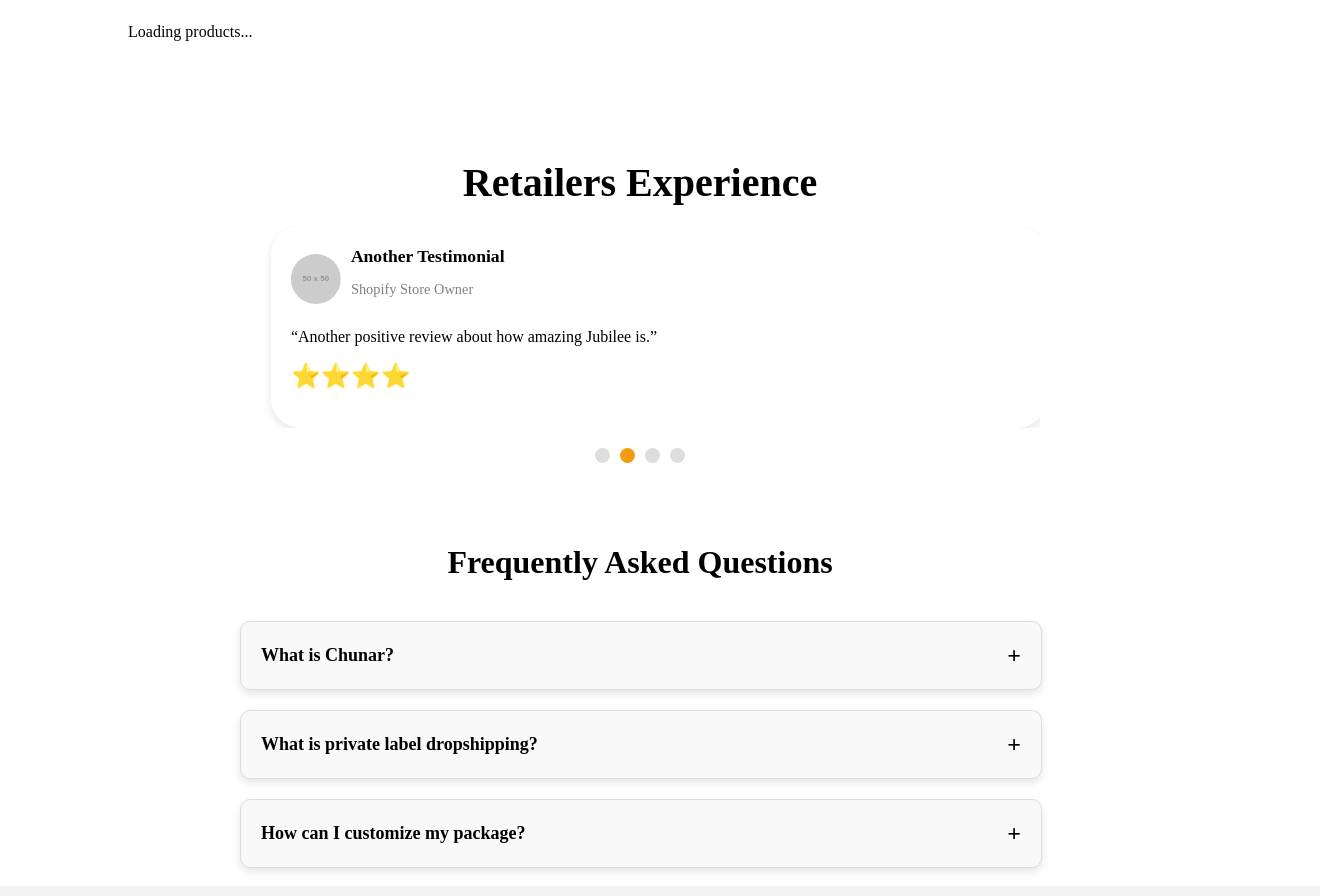
Repository: Nn-Exe/chunar-ecommerce
Page: / (app in ecommerce-frontend/)
The author's editor kept a copy of each file at every save. The page is drawn from the files as they stood at one save, then again after the next save.
The browser window is 1280 px wide. The page is 1320 px wide, so the pictures cover 1320 px, including what lies to the right of the window. The pictures show the part of the page from y = 938 to 1834 px (the page is 2001 px tall before and 2129 px after).
The page's requests for data from a server got no answer. The project was rebuilt for these pictures with package versions that can differ from the ones it lists, and the page was loaded fresh each time. No one was signed in, and anything a server would have sent is missing.

Above is the page before, as saved 2024-09-11 18:03:12.

### ecommerce-frontend/src/App.js
import React, { useState, useEffect } from 'react';
import './App.css';
import { BrowserRouter as Router, Route, Routes } from 'react-router-dom';  // Importing React Router
import Navbar from './components/Navbar';  // Correct way to import default export
import HeroSection from './components/HeroSection';  // Correct way to import default export
import ProductList from './components/ProductList';  // Correct way to import default export
import Faq from './components/Faq';  // Import the Faq component from the components folder
import TestimonialCarousel from './components/TestimonialCarousel';


// Home page component (the default view)
function Home({ products }) {
  return (
    <div className="home-page">
      {/* Hero Section */}
      <div className="hero-container">
        <HeroSection />
      </div>

      {/* Featured Products Section */}
      <section className="products-section">
        <div className="section-header">
          <h2>Featured Products</h2>
        </div>

        <div className="product-grid">
          <ProductList products={products} />
        </div>
      </section>

      <br />

      {/* FAQ Section */}

      <TestimonialCarousel />
      <Faq />  {/* Using the imported Faq component */}

      {/* Add more sections here */}

      <br />

      <section className="about-section">
        <div className="about-content">
          <h3>About Us</h3>
          <p>Learn more about our company and our mission.</p>
        </div>
      </section>
    </div>
  );
}

// Other page components
function Live() {
  return <h2>Live Page</h2>;
}

function Contacts() {
  return <h2>Contacts Page</h2>;
}

function SocialMedia() {
  // External link can be opened using an anchor tag, so no need for a separate page.
  window.location.href = "https://linktr.ee/chunar.co";  // Redirect to external social media page
  return null;
}

function App() {
  const [products, setProducts] = useState([]);

  useEffect(() => {
    fetch('http://localhost:5000/api/products')
      .then((response) => response.json())
      .then((data) => setProducts(data))
      .catch((error) => console.error('Error fetching products:', error));
  }, []);

  return (
    <Router>
      <div className="App">
        <header className="App-header">
          <h1>Chunar.Co</h1>
          <Navbar />
        </header>

        <Routes>
          {/* Home page route */}
          <Route path="/" element={<Home products={products} />} />

          {/* Other pages */}
          <Route path="/live" element={<Live />} />
          <Route path="/contacts" element={<Contacts />} />

          {/* Redirect to external social media link */}
          <Route path="/social-media" element={<SocialMedia />} />
        </Routes>
      </div>
    </Router>
  );
}

export default App;

### ecommerce-frontend/src/App.css
/* Global for entire app */

* {
  font-family: 'Times New Roman', Times, serif;
}


/* ------------- Main Structure ------------ */

.App-header {
  background-color: #333;
  color: white;
  padding: 20px;
  text-align: center;
}

nav ul {
  list-style-type: none;
  padding: 0;
  margin: 0;
  display: flex;
  justify-content: center;
  gap: 20px;
}

nav ul li a {
  color: white;
  text-decoration: none;
  font-size: 16px;
}

.hero {
  position: relative;
  text-align: center;
}

.hero-banner {
  width: 100%;
  height: 700px;
  object-fit: cover;
}

.hero-text {
  position: absolute;
  top: 50%;
  left: 50%;
  transform: translate(-50%, -50%);
  color: white;
  font-size: 24px;
  font-weight: bold;
}

.products {
  padding: 40px;
  text-align: center;
}

.product-list {
  display: grid;
  grid-template-columns: repeat(5, 1fr);
  gap: 20px;
}

.product-card {
  border: 1px solid #ddd;
  padding: 20px;
  text-align: center;
  transition: transform 0.3s;
  border-radius: 20px;
}

.product-card img {
  max-width: 100%;
  height: auto;
  margin-bottom: 10px;
}

.product-card:hover {
  transform: scale(1.05);
}


.product-card img {
  width: 200px;
  height: 200px;
  object-fit: cover;   /* Ensures the image covers the given area */
  border-radius: 10px; /* Optional: adds rounded corners */
}



/* ----------- Home Div -------------- */

/* App.css */

.home-page {
  display: flex;
  flex-direction: column;
  align-items: center;
}

/* Hero Section */
.hero-container {
  width: 100%;
  margin-bottom: 20px;
}

/* Products Section */
.products-section {
  width: 80%;
  margin: 0 auto;
}

.section-header h2 {
  text-align: center;
  font-size: 2rem;
  margin-bottom: 20px;
}

/* About Section */
.about-section {
  background-color: #f4f4f4;
  padding: 40px;
  width: 100%;
  text-align: center;
}

.about-section h3 {
  margin-bottom: 10px;
}

.about-section p {
  font-size: 1.1rem;
}


/* ----------- FAQ Section ---------------- */


/* Center the FAQ section */
.faq-section {
  max-width: 800px; /* Set a larger max-width for the entire FAQ section */
  width: 100%;      /* Ensure it takes up 100% of the available width */
  margin: 0 auto;   /* Center the FAQ section on the page */
  text-align: center;
}

/* Style the header separately */
.faq-section h2 {
  font-size: 32px;
  margin-bottom: 40px;
}

/* Grid layout for the FAQ items (excluding the header) */
.faq-items {
  display: grid;
  grid-template-columns: 1fr; /* One column layout */
  gap: 20px; /* Space between the FAQ items */
}

/* Style each FAQ item */
.faq-item {
  border: 1px solid #ddd;
  border-radius: 10px;
  width: 100%; /* Make the FAQ item take up 100% of the container */
  background-color: #f9f9f9;
  box-shadow: 0 4px 8px rgba(0, 0, 0, 0.1);
  transition: transform 0.5s ease-in-out, background-color 330ms ease-in-out, box-shadow 330ms ease-in-out;
  overflow: hidden; /* Ensure content is hidden initially */
}

/* Box hover effect */
.faq-item:hover {
  box-shadow: 0 6px 12px rgba(0, 0, 0, 0.1);
  background-color: #f1f1f1;
}

/* Active FAQ item */
.faq-item.active {
  background-color: #ececec;
}

/* Style the FAQ question (clickable area) */
.faq-question {
  padding: 20px;
  cursor: pointer;
  display: flex;
  justify-content: space-between;
  align-items: center;
  font-weight: bold;
  font-size: 18px;
  width: 100%; /* Full width for the question area */
  box-sizing: border-box;
}

/* Style the FAQ answer */
.faq-answer {
  padding: 0 20px;
  overflow: hidden;
  max-height: 0;
  opacity: 0;
  transition: max-height 0.5s ease, opacity 0.5s ease;
  width: 100%; /* Full width for the answer area */
  box-sizing: border-box;
}

/* When the FAQ item is active, show the answer with a smooth transition */
.faq-item.active .faq-answer {
  max-height: 500px;
  opacity: 1;
  padding-bottom: 20px;
}

/* Style the icon for toggling */
.icon {
  font-size: 24px;
  font-weight: bold;
  transition: transform 0.3s ease;
}

.faq-item.active .icon {
  transform: rotate(45deg);
}

/* -----------  TestimonialCarousel ------------- */


/* Style for the testimonial section */
.testimonial-section {
  text-align: center;
  max-width: 800px;
  margin: 0 auto;
  padding: 50px 0;
}

.testimonial-section h2 {
  font-size: 2.5rem;
  margin-bottom: 20px;
}

/* Carousel container */
.carousel {
  display: flex;
  overflow: hidden;
  max-width: 100%; /* Ensure full width */
  margin: 0 auto;
}

.carousel-inner {
  display: flex;
  transition: transform 0.5s ease-in-out;
  width: calc(200% * 2); /* Width for two testimonials per slide */
}

/* Each card wrapper for two cards per slide */
.testimonial-card-wrapper {
  display: flex;
  flex: 0 0 50%; /* Each card takes 50% of the slide width */
  box-sizing: border-box;
  padding: 0 10px;
}

/* Testimonial card styling */
.testimonial-card {
  background-color: #fff;
  padding: 20px;
  border-radius: 30px;
  box-shadow: 0 4px 10px rgba(0, 0, 0, 0.1);
  text-align: left;
  margin: 0 auto;
  width: 90%;
  height: 80%;
  position: center;
}

.profile {
  display: flex;
  align-items: center;
}

.profile img {
  border-radius: 50%;
  margin-right: 10px;
}

.profile-details h4 {
  font-size: 1.1rem;
  margin: 0;
}

.profile-details p {
  font-size: 0.9rem;
  color: gray;
}

.stars {
  font-size: 1.5rem;
  color: #f39c12;
  margin-top: 10px;
}

/* Navigation dots */
.dots {
  margin-top: 20px;
}

.dot {
  height: 15px;
  width: 15px;
  margin: 0 5px;
  background-color: #ddd;
  border-radius: 50%;
  display: inline-block;
  cursor: pointer;
}

.active {
  background-color: #f39c12;
}

### ecommerce-frontend/src/components/Navbar.js
import React from 'react';
import { Link } from 'react-router-dom';

function Navbar() {
  return (
    <nav>
      <ul>
        <li><Link to="/">Home</Link></li>  {/* Links to the home page */}
        <li><Link to="/live">Live</Link></li>  {/* Links to the live page */}
        <li><a href="https://linktr.ee/chunar.co" target="_blank" rel="noopener noreferrer">Social Media</a></li> {/* Opens external link in new tab */}
        <li><Link to="/contacts">Contacts</Link></li>  {/* Links to the contacts page */}
      </ul>
    </nav>
  );
}

export default Navbar;

### ecommerce-frontend/src/components/HeroSection.js
import React from 'react';

function HeroSection() {
  return (
    <section className="hero">
      <img src="https://raw.githubusercontent.com/Nn-Exe/chunar-images/master/banner/chunar%20banner.png" alt="Banner" className="hero-banner" />
      <div className="hero-text">
        {/* <h2>Three things cannot be long hidden: The Sun, The Moon, and The Truth.</h2> */}
      </div>
    </section>
  );
}

export default HeroSection;  // Ensure you have this line

### ecommerce-frontend/src/components/ProductList.js
import React from 'react';

function ProductList({ products }) {
  return (
    <div className="product-list">
      {products.length === 0 ? (
        <p>Loading products...</p>
      ) : (
        products.map((product) => (
          <div key={product.id} className="product-card">
              <img
                src={product.image}
                alt={product.name}
                className="product-image"
              />
            <h3>{product.name}</h3>
            <p>{product.description}</p>
            <p>{product.price}</p>
          </div>
        ))
      )}
    </div>
  );
}

export default ProductList;

### ecommerce-frontend/src/components/Faq.js
import React, { useState } from 'react';

const Faq = () => {
  const [activeIndex, setActiveIndex] = useState(null);

  const toggleFaq = (index) => {
    setActiveIndex(activeIndex === index ? null : index);
  };

  return (
    <div className="faq-section">
      <h2>Frequently Asked Questions</h2>

      <div className="faq-items"> {/* Grid layout for the items */}
        <div className={`faq-item ${activeIndex === 0 ? 'active' : ''}`}>
          <div className="faq-question" onClick={() => toggleFaq(0)}>
            <span>What is Chunar?</span>
            <span className="icon">{activeIndex === 0 ? '-' : '+'}</span>
          </div>
          {activeIndex === 0 && (
            <div className="faq-answer">
              <p>Chunar is a dropshipping marketplace that lets you build your own cosmetic and skincare line with minimal upfront costs...</p>
            </div>
          )}
        </div>

        <div className={`faq-item ${activeIndex === 1 ? 'active' : ''}`}>
          <div className="faq-question" onClick={() => toggleFaq(1)}>
            <span>What is private label dropshipping?</span>
            <span className="icon">{activeIndex === 1 ? '-' : '+'}</span>
          </div>
          {activeIndex === 1 && (
            <div className="faq-answer">
              <p>Private label dropshipping allows you to sell products from suppliers with your own branding...</p>
            </div>
          )}
        </div>

        <div className={`faq-item ${activeIndex === 2 ? 'active' : ''}`}>
          <div className="faq-question" onClick={() => toggleFaq(2)}>
            <span>How can I customize my package?</span>
            <span className="icon">{activeIndex === 2 ? '-' : '+'}</span>
          </div>
          {activeIndex === 2 && (
            <div className="faq-answer">
              <p>Private labeling is a great way to showcase your brand...</p>
            </div>
          )}
        </div>
      </div>
    </div>
  );
};

export default Faq;

### ecommerce-frontend/src/components/TestimonialCarousel.js
import React, { useState, useEffect } from 'react';


const TestimonialCarousel = () => {
  const [currentSlide, setCurrentSlide] = useState(0);

  const testimonials = [
    {
      name: 'Supisara Permsuk',
      title: 'Chunar.Co Store Owner',
      text: '“I can’t say enough good things about Chunar. Our dropshipping model is efficient, and the product quality is excellent...”',
      stars: 5,
    },
    {
      name: 'Supapis Permsuk',
      title: 'Chunar.Co Store Owner',
      text: '“Starting my own beauty brand seemed daunting, but Jubilee made it incredibly easy. The customization options are fantastic...”',
      stars: 5,
    },
    {
      name: 'Another Testimonial',
      title: 'Shopify Store Owner',
      text: '“Another positive review about how amazing Jubilee is.”',
      stars: 4,
    },
    {
      name: 'Final Testimonial',
      title: 'Shopify Store Owner',
      text: '“Jubilee is a great choice for entrepreneurs looking to build their own brand.”',
      stars: 5,
    },
    {
      name: 'Final Testimonial',
      title: 'Shopify Store Owner',
      text: '“Jubilee is a great choice for entrepreneurs looking to build their own brand.”',
      stars: 5,
    },
    {
      name: 'Final Testimonial',
      title: 'Shopify Store Owner',
      text: '“Jubilee is a great choice for entrepreneurs looking to build their own brand.”',
      stars: 5,
    },
    {
      name: 'Final Testimonial',
      title: 'Shopify Store Owner',
      text: '“Jubilee is a great choice for entrepreneurs looking to build their own brand.”',
      stars: 5,
    },
    {
      name: 'Final Testimonial',
      title: 'Shopify Store Owner',
      text: '“Jubilee is a great choice for entrepreneurs looking to build their own brand.”',
      stars: 5,
    }
  ];

  // Calculate the number of slides needed (two testimonials per slide)
  const totalSlides = Math.ceil(testimonials.length / 2);

  // Auto-slide functionality
  useEffect(() => {
    const interval = setInterval(() => {
      setCurrentSlide((prevSlide) => (prevSlide + 1) % totalSlides);
    }, 4000); // Slide every 4 seconds
    return () => clearInterval(interval); // Cleanup interval on component unmount
  }, [totalSlides]);

  // Function to move the slides manually
  const moveSlide = (index) => {
    setCurrentSlide(index);
  };

  return (
    <div className="testimonial-section">
      <h2>Retailers Experience</h2>
      <div className="carousel">
        <div
          className="carousel-inner"
          style={{
            transform: `translateX(-${currentSlide * 100}%)`, // Move by 100% per slide
          }}
        >
          {testimonials.map((testimonial, index) => (
            <div className="testimonial-card-wrapper" key={index}>
              <div className="testimonial-card">
                <div className="profile">
                  <img
                    src="https://via.placeholder.com/50"
                    alt="Profile"
                  />
                  <div className="profile-details">
                    <h4>{testimonial.name}</h4>
                    <p>{testimonial.title}</p>
                  </div>
                </div>
                <p>{testimonial.text}</p>
                <div className="stars">
                  {'⭐'.repeat(testimonial.stars)}
                </div>
              </div>
            </div>
          ))}
        </div>
      </div>

      {/* Dots for navigation */}
      <div className="dots">
        {[...Array(totalSlides)].map((_, index) => (
          <span
            key={index}
            className={`dot ${index === currentSlide ? 'active' : ''}`}
            onClick={() => moveSlide(index)}
          ></span>
        ))}
      </div>
    </div>
  );
};

export default TestimonialCarousel;

Loaded but not shown: ecommerce-frontend/public/index.html (common file); ecommerce-frontend/src/index.js (common file); ecommerce-frontend/src/index.css (common file); ecommerce-frontend/src/reportWebVitals.js (common file)

After the next save:
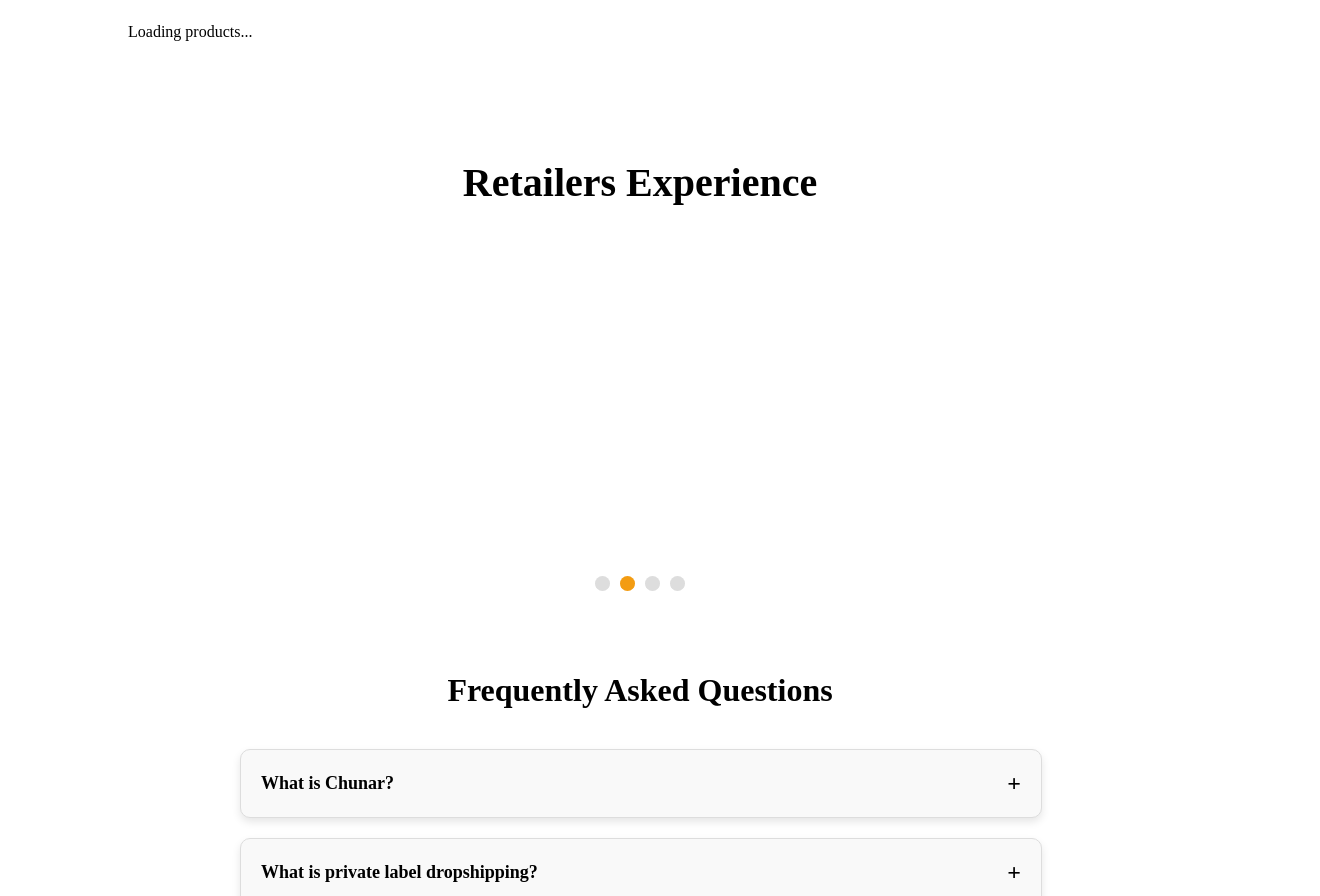
Saved 14 s later.
--- a/ecommerce-frontend/src/App.css
+++ b/ecommerce-frontend/src/App.css
@@ -255,7 +255,7 @@
 /* Each card wrapper for two cards per slide */
 .testimonial-card-wrapper {
   display: flex;
-  flex: 0 0 50%; /* Each card takes 50% of the slide width */
+  flex: 0 0 10%; /* Each card takes 50% of the slide width */
   box-sizing: border-box;
   padding: 0 10px;
 }
